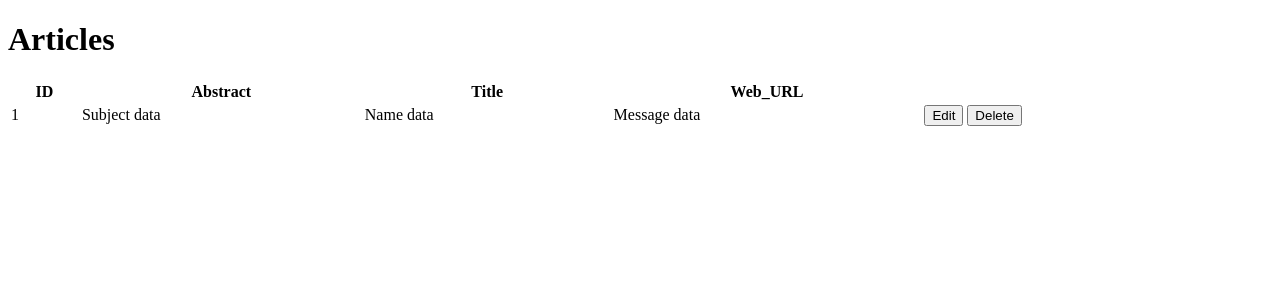
Repository: iuliaclisu/CCproject
Page: server/frontend/index.html
The author's editor kept a record of every edit. The page is drawn from the files as they stood at one moment, then again after the next edit.
The browser window is 1280 px wide. The pictures show the whole page.

Above is the page before.

After the next edit:
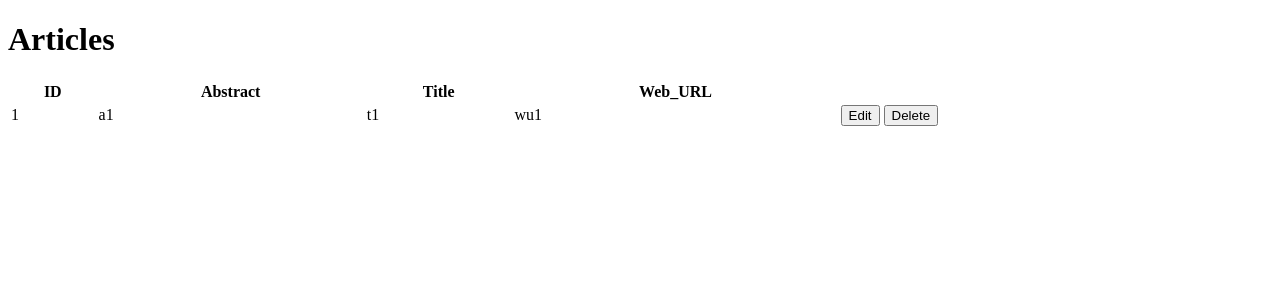
The edit:
--- a/server/frontend/index.html
+++ b/server/frontend/index.html
@@ -14,9 +14,9 @@
     </tr>
     <tr>
         <td>1</td>
-        <td>Subject data</td>
-        <td>Name data</td>
-        <td>Message data</td>
+        <td>a1</td>
+        <td>t1</td>
+        <td>wu1</td>
         <td>
             <button>Edit</button>
             <button>Delete</button>
